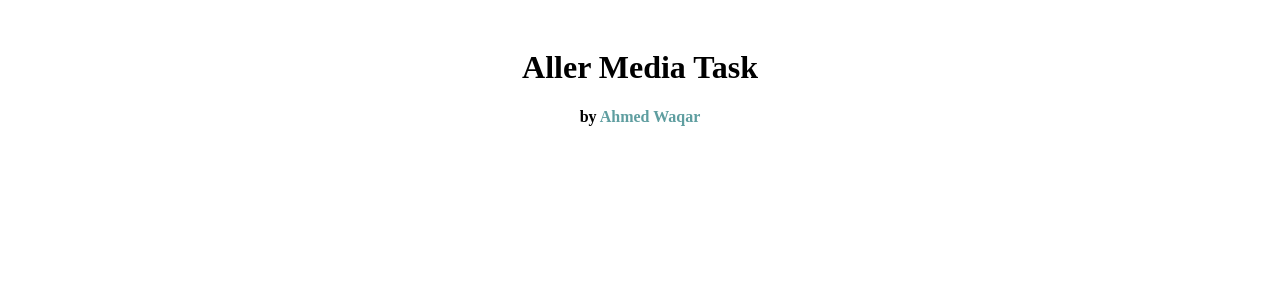
Repository: waqarmalyk/Back-to-front
Page: /
An editor plug-in stored every save of this project. The page is shown before and after the next save, followed by the edit.
The browser window is 1280 px wide. The page is 1282 px wide, so the pictures cover 1282 px, including what lies to the right of the window. The pictures show the whole page.
The pointer rests on the first visible `span`.
The page's requests for data from a server got no answer. The project was rebuilt for these pictures with package versions that can differ from the ones it lists, and the page was loaded fresh each time. No one was signed in, and anything a server would have sent is missing.

Above is the page before, as saved 2022-02-06 11:09:27.

### src/App.js
import "./App.css";
import Get from "./components/Get";

function App() {
  return (
    <>
      <header className="App">
        <h1>Aller Media Task </h1>
        <p>
          by <span>Ahmed Waqar</span>
        </p>
      </header>
      <Get />
    </>
  );
}

export default App;

### src/App.css
.App {
text-align: center;
font-weight: 600;
padding: 30px;
background-color:rgb(255, 255, 255);
color: black;
margin: -10px -10px
}
span{
  color:cadetblue;
}

.container {
  margin: 2em;
}
.row {
  display: flex;
}

/* Grid Classes */
.col-1{
  width: 8.33%;
}
.col-2 {
  width: 16.66%;
}
.col-3 {
  width: 24.99%;
}
.col-4 {
  width: 33.33%;
}
.col-5 {
  width: 41.66%;
}
.col-6 {
  width: 50%;
}
.col-7 {
  width: 58.33%;
}
.col-8 {
  width: 66.66%;
}
.col-9 {
  width: 74.99%;
}
.col-10 {
  width: 83.33%;
}
.col-11 {
  width: 91.66%;
}
.col-12 {
  width: 100%;
}

### src/components/Get.js
import React, { useState, useEffect, useRef } from "react";
import axios from "axios";

function Get() {
  const ref = useRef(null);

  const [data, setData] = useState([]);
  const [singleWidth, setSingleWidth] = useState(null);

  useEffect(() => {
    setSingleWidth(ref.current.offsetWidth / 12);
    axios
      .get("https://storage.googleapis.com/aller-structure-task/test_data.json")
      .then((res) => {
        setData(res.data[0]);
      })
      .catch((err) => {
        console.log(err);
      });
  }, []);
  return (
    <div className="container" ref={ref}>
      {console.log(singleWidth, data)}
      {data.length > 0 &&
        !!singleWidth &&
        data.map((row, rowIndex) => (
          <div className="row" key={rowIndex}>
            {row.columns.map((column, columnIndex) => (
              <div
                className={"article img  col-" + column.width}
                key={columnIndex}
              >
                <img
                  src={
                    column.imageUrl +
                    "&width=" +
                    singleWidth * column.width +
                    "&height="
                  }
                  alt={column.title}
                />
                <h2 className="flap">{column.title + " - " + column.width}</h2>
              </div>
            ))}
          </div>
        ))}
    </div>
  );
}

export default Get;

Loaded but not shown: public/index.html (common file); src/index.js (common file); public/manifest.json (common file)

After the next save:
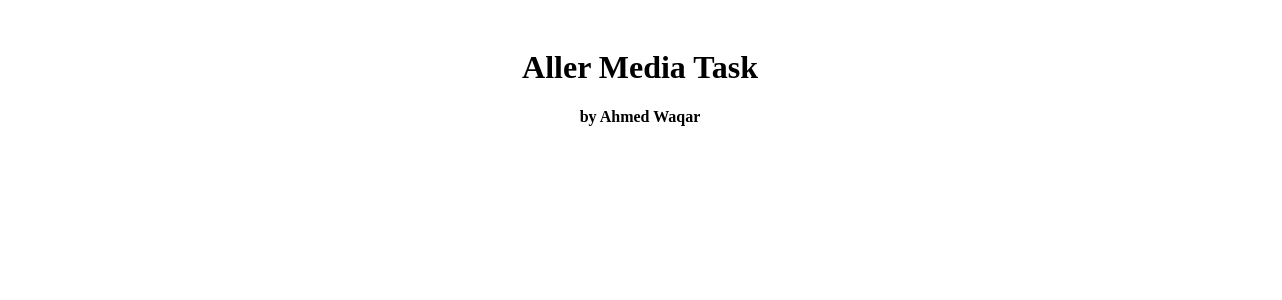
Saved 25 s later.
--- a/src/App.css
+++ b/src/App.css
@@ -8,6 +8,9 @@
 }
 span{
   color:cadetblue;
+}
+span:hover{
+  color: black;
 }
 
 .container {
